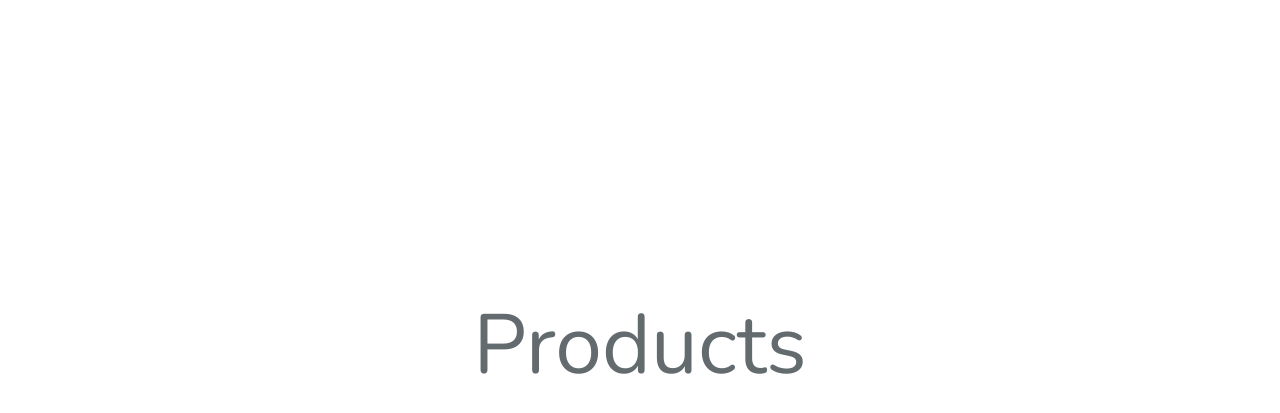
Repository: Fateen980/Tawfiq
Page: http://localhost/admin
An editor plug-in stored every save of this project. The page is shown before and after the next save, followed by the edit.
The browser window is 1280 px wide. The pictures show the whole page.
The page is served by the project's Laravel application, run on PHP 8.4 with Laravel 8.

Above is the page before, as saved 2020-09-16 20:58:33.

After the next save:
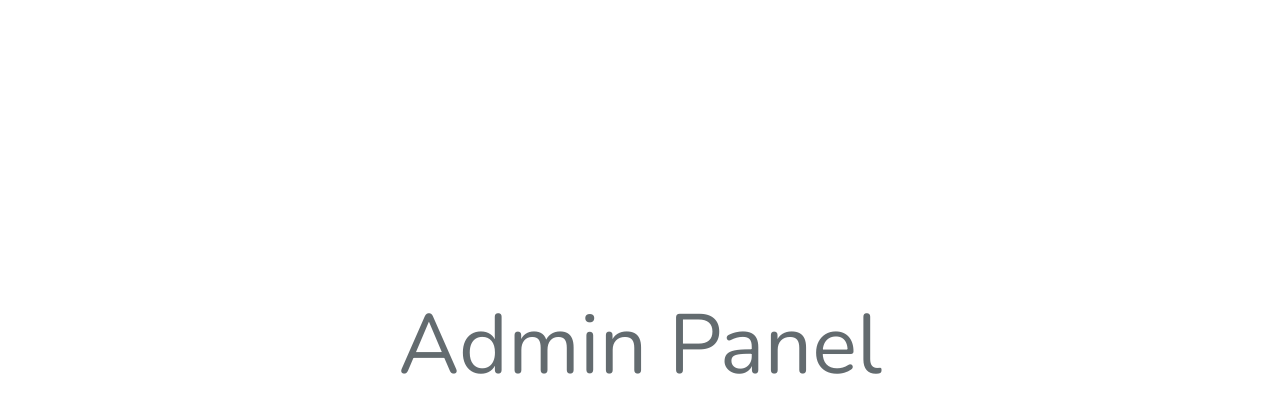
Saved 10 s later.
--- a/routes/web.php
+++ b/routes/web.php
@@ -23,5 +23,5 @@ Route::get('/product', function () {
 });
 
 Route::get('/admin', function () {
-    return view('tawfiq');
+    return view('admin');
 });
